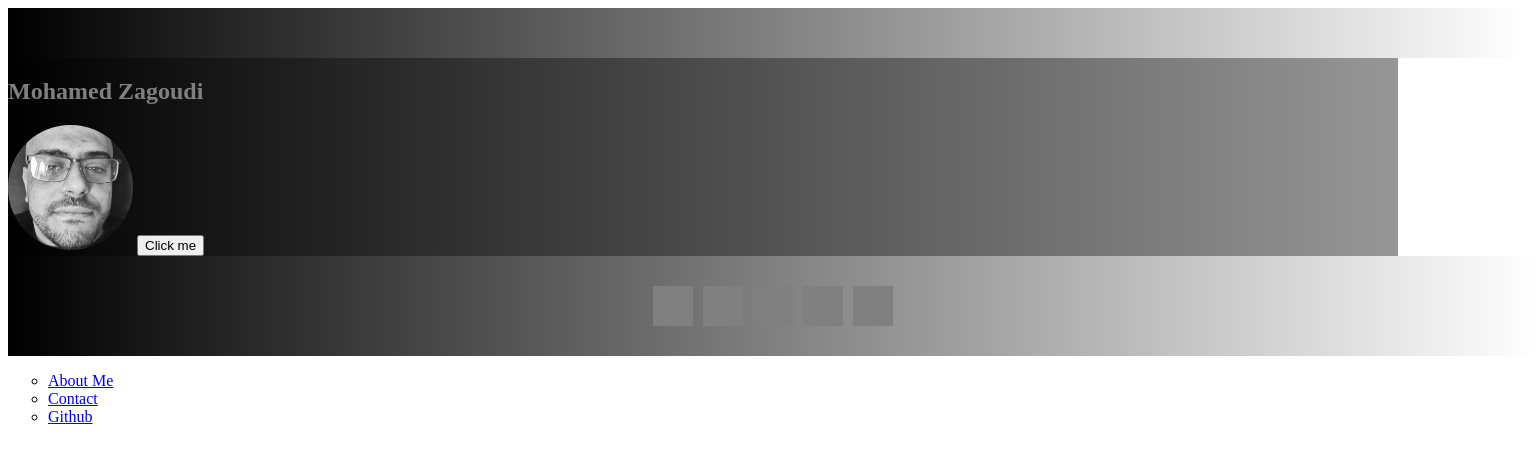
Repository: Mohzagou/Eersteportofolio
Page: index.html
The author's editor kept a copy of each file at every save. The page is drawn from the files as they stood at one save, then again after the next save.
The browser window is 1280 px wide. The page is 1537 px wide, then 1525 px, then 1537 px, so the pictures cover 1537 px, including what lies to the right of the window. The pictures show the whole page.

Above is the page before, as saved 2022-06-07 23:01:37.

### index.html
<!DOCTYPE html>


<head>
    <link rel="stylesheet" href="styles.css" />
    <meta charset="UTF-8">

    <title>Document</title>
</head>

<body>

    <header></header>
    <div class="about-me">
        <h2 id="name">Mohamed Zagoudi</h2>
        <img class="avatar" src="images/67gwzvy.jpeg" alt="Mohamed Zagoudi headshot">
        <button>Click me</button>


        <section>
            <div class="test"></div>
            <div class="test"></div>
            <div class="test"></div>
            <div class="test"></div>
            <div class="test"></div>
        </section>
        <footer>
            <ul style="list-style-type: circle ">
                <li><a href=" ">About Me</a></li>
                <li><a href=" ">Contact</a></li>
                <li><a href="https://github.com/Mohzagou ">Github</a></li>

            </ul>

        </footer>



</body>



</html>

### styles.css
body {
    display: flex;
    flex-direction: column;
}

header {
    width: 120%;
    height: 50px;
    background-image: linear-gradient(to right, black, grey, white);
    /*background-color: rgb(113, 74, 145);*/
}

section {
    width: 110%;
    height: 100px;
    background-image: linear-gradient(to right, black, grey, white);
    background-color: #234def;
    display: flex;
    align-items: center;
    justify-content: center;
}

.about-me {
    width: 110%;
    height: 200px;
    background-image: repeating-linear-gradient(to right, black, grey, white 170%);
    /*background-color: rgb(177, 69, 21, 0.8);*/
    /*margin: 10px 0 10px 0;
    border: solid black 10px;
    border-radius: 15px;*/
}

.avatar {
    width: 125px;
    border-radius: 62px;
    background-image: repeating-linear-gradient(to right, black, grey, 110%);
}

#name {
    color: grey;
}

.test {
    width: 40px;
    height: 40px;
    background-color: grey;
    margin: 5px;
}

After the next save:
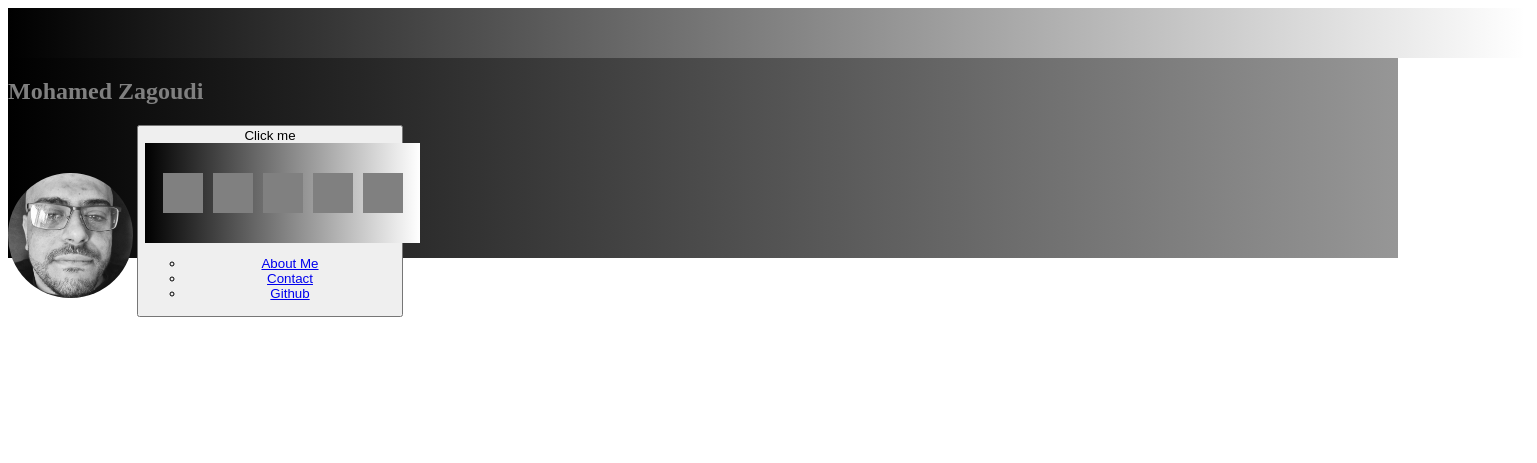
Saved 17 s later.
--- a/index.html
+++ b/index.html
@@ -14,7 +14,7 @@
     <div class="about-me">
         <h2 id="name">Mohamed Zagoudi</h2>
         <img class="avatar" src="images/67gwzvy.jpeg" alt="Mohamed Zagoudi headshot">
-        <button>Click me</button>
+        <button>Click me</about-me>
 
 
         <section>

After the 2 saves that followed:
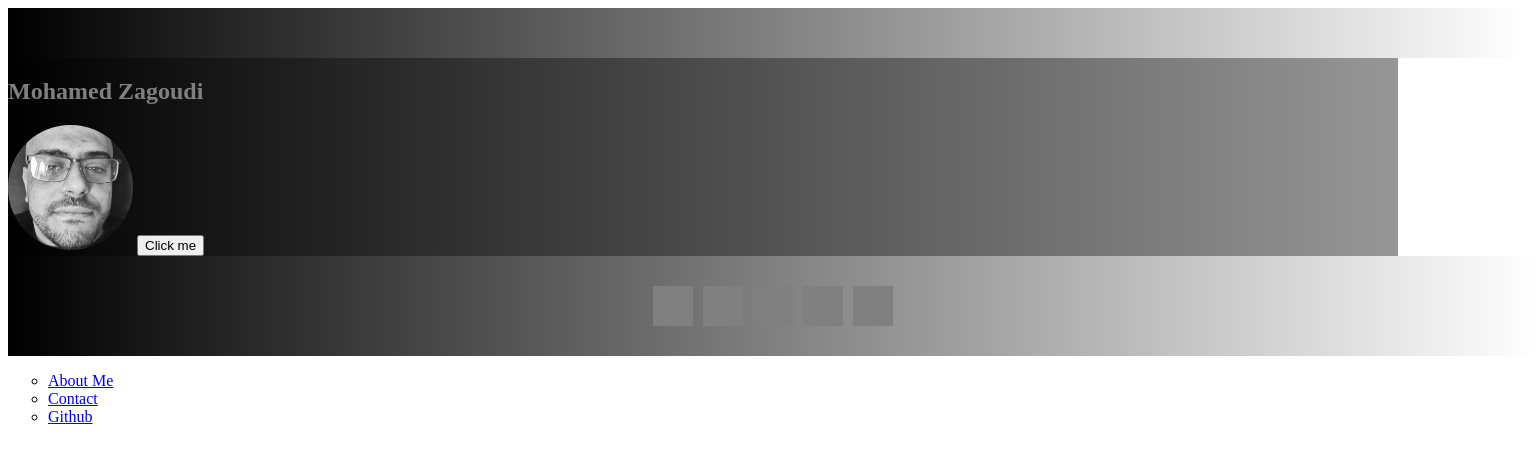
The 2 saves are shown as one change because 1 left the picture as it was.
The last was saved 28 s later.
--- a/index.html
+++ b/index.html
@@ -14,7 +14,7 @@
     <div class="about-me">
         <h2 id="name">Mohamed Zagoudi</h2>
         <img class="avatar" src="images/67gwzvy.jpeg" alt="Mohamed Zagoudi headshot">
-        <button>Click me</about-me>
+        <button>Click me</button>
 
 
         <section>
